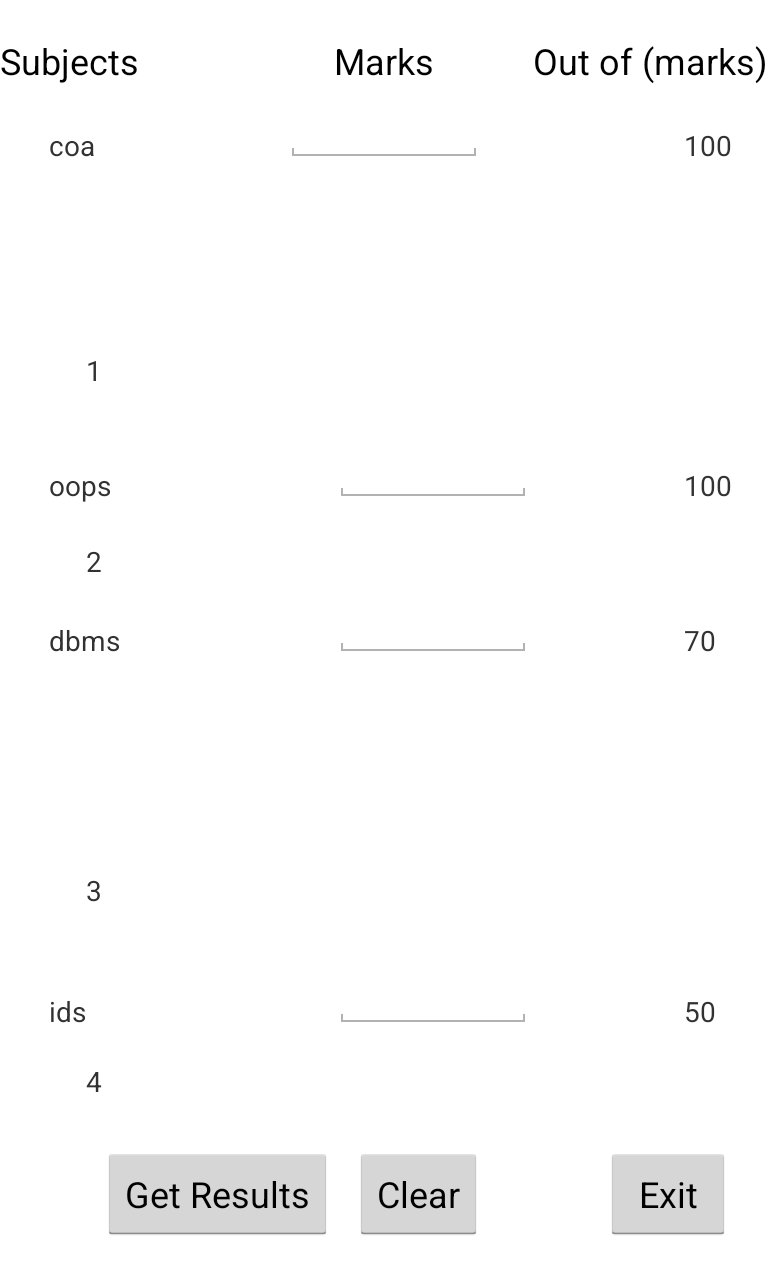
Repository: arjuntheprogrammer/iact
Layout: iact/iact android practice/mywork/ReportCard/res/layout/activity_second.xml
The author's editor kept a copy of each file at every save. The layout is drawn from the files as they stood at one save, then again after the next save.
It is drawn on a 768 x 1280 px phone screen (xhdpi) without system bars, with theme AppTheme; the app's code is not run.

Above is the layout before, as saved 2015-12-26 11:45:41.

### iact/iact android practice/mywork/ReportCard/res/layout/activity_second.xml
<?xml version="1.0" encoding="utf-8"?>
<RelativeLayout xmlns:android="http://schemas.android.com/apk/res/android"
    android:layout_width="match_parent"
    android:layout_height="match_parent" >

    <TextView
        android:id="@+id/textView8"
        android:layout_width="wrap_content"
        android:layout_height="wrap_content"
        android:layout_alignBottom="@+id/textView4"
        android:layout_alignParentRight="true"
        android:layout_marginRight="18dp"
        android:text="100"
        android:textAppearance="?android:attr/textAppearanceSmall" />

    <TextView
        android:id="@+id/textView9"
        android:layout_width="wrap_content"
        android:layout_height="wrap_content"
        android:layout_alignBottom="@+id/textView5"
        android:layout_alignLeft="@+id/textView8"
        android:text="100"
        android:textAppearance="?android:attr/textAppearanceSmall" />

    <TextView
        android:id="@+id/textView10"
        android:layout_width="wrap_content"
        android:layout_height="wrap_content"
        android:layout_alignBaseline="@+id/textView6"
        android:layout_alignBottom="@+id/textView6"
        android:layout_alignLeft="@+id/textView9"
        android:text="70"
        android:textAppearance="?android:attr/textAppearanceSmall" />

    <TextView
        android:id="@+id/textView11"
        android:layout_width="wrap_content"
        android:layout_height="wrap_content"
        android:layout_alignBaseline="@+id/textView7"
        android:layout_alignBottom="@+id/textView7"
        android:layout_alignLeft="@+id/textView10"
        android:text="50"
        android:textAppearance="?android:attr/textAppearanceSmall" />

    <TextView
        android:id="@+id/textView6"
        android:layout_width="wrap_content"
        android:layout_height="wrap_content"
        android:layout_alignLeft="@+id/textView4"
        android:layout_centerVertical="true"
        android:text="dbms"
        android:textAppearance="?android:attr/textAppearanceSmall" />


    <TextView
        android:id="@+id/textView4"
        android:layout_width="wrap_content"
        android:layout_height="wrap_content"
        android:layout_above="@+id/EditText02"
        android:layout_alignRight="@+id/textView1"
        android:layout_marginBottom="38dp"
        android:layout_marginRight="14dp"
        android:text="oops"
        android:textAppearance="?android:attr/textAppearanceSmall" />

  	<EditText
        android:id="@+id/EditText00"
        android:layout_width="100dp"
        android:layout_height="wrap_content"
        android:layout_below="@+id/textView2"
        android:layout_centerHorizontal="true"
        android:ems="10"
        android:inputType="phone" />


    <EditText
        android:id="@+id/EditText01"
        android:layout_width="100dp"
        android:layout_height="wrap_content"
        android:layout_alignBottom="@+id/textView4"
        android:layout_toLeftOf="@+id/textView3"
        android:ems="10"
        android:inputType="phone" />

    <EditText
        android:id="@+id/EditText02"
        android:layout_width="100dp"
        android:layout_height="wrap_content"
        android:layout_alignBottom="@+id/textView6"
        android:layout_toLeftOf="@+id/textView3"
        android:ems="10"
        android:inputType="phone" />

    <EditText
        android:id="@+id/EditText03"
        android:layout_width="100dp"
        android:layout_height="wrap_content"
        android:layout_alignBottom="@+id/textView7"
        android:layout_toLeftOf="@+id/textView3"
        android:ems="10"
        android:inputType="phone" />

    <TextView
        android:id="@+id/textView1"
        android:layout_width="wrap_content"
        android:layout_height="wrap_content"
        android:layout_alignBaseline="@+id/textView2"
        android:layout_alignBottom="@+id/textView2"
        android:layout_alignParentLeft="true"
        android:text="Subjects"
        android:textAppearance="?android:attr/textAppearanceMedium" />

    <TextView
        android:id="@+id/textView3"
        android:layout_width="wrap_content"
        android:layout_height="wrap_content"
        android:layout_alignParentRight="true"
        android:layout_alignParentTop="true"
        android:layout_marginTop="18dp"
        android:text="Out of (marks)"
        android:textAppearance="?android:attr/textAppearanceMedium" />

    <TextView
        android:id="@+id/textView5"
        android:layout_width="wrap_content"
        android:layout_height="wrap_content"
        android:layout_alignBottom="@+id/EditText00"
        android:layout_alignLeft="@+id/textView4"
        android:text="coa"
        android:textAppearance="?android:attr/textAppearanceSmall" />

    <TextView
        android:id="@+id/textView2"
        android:layout_width="wrap_content"
        android:layout_height="wrap_content"
        android:layout_alignBaseline="@+id/textView3"
        android:layout_alignBottom="@+id/textView3"
        android:layout_centerHorizontal="true"
        android:text="Marks"
        android:textAppearance="?android:attr/textAppearanceMedium" />

    <Button
        android:id="@+id/button3"
        android:layout_width="wrap_content"
        android:layout_height="wrap_content"
        android:layout_alignBaseline="@+id/button1"
        android:layout_alignBottom="@+id/button1"
        android:layout_alignRight="@+id/textView8"
        android:text="Exit" />

    <Button
        android:id="@+id/button1"
        android:layout_width="wrap_content"
        android:layout_height="wrap_content"
        android:layout_alignParentBottom="true"
        android:layout_marginBottom="19dp"
        android:layout_toLeftOf="@+id/textView2"
        android:text="Get Results" />

    <Button
        android:id="@+id/button2"
        android:layout_width="wrap_content"
        android:layout_height="wrap_content"
        android:layout_alignBaseline="@+id/button3"
        android:layout_alignBottom="@+id/button3"
        android:layout_alignRight="@+id/EditText00"
        android:text="Clear" />




        <TextView
        android:id="@+id/textView111"
        android:layout_width="wrap_content"
        android:layout_height="wrap_content"
        android:layout_above="@+id/EditText01"
        android:layout_marginBottom="18dp"
        android:layout_toRightOf="@+id/textView7"
        android:text="1" />

    <TextView
        android:id="@+id/textView222"
        android:layout_width="wrap_content"
        android:layout_height="wrap_content"
        android:layout_above="@+id/EditText02"
        android:layout_alignLeft="@+id/textView111"
        android:text="2" />

    <TextView
        android:id="@+id/textView444"
        android:layout_width="wrap_content"
        android:layout_height="wrap_content"
        android:layout_above="@+id/button1"
        android:layout_alignLeft="@+id/textView333"
        android:layout_marginBottom="23dp"
        android:text="4" />

    <TextView
        android:id="@+id/textView7"
        android:layout_width="wrap_content"
        android:layout_height="wrap_content"
        android:layout_above="@+id/textView444"
        android:layout_alignLeft="@+id/textView6"
        android:layout_marginBottom="16dp"
        android:text="ids"
        android:textAppearance="?android:attr/textAppearanceSmall" />

    <TextView
        android:id="@+id/textView333"
        android:layout_width="wrap_content"
        android:layout_height="wrap_content"
        android:layout_above="@+id/EditText03"
        android:layout_marginBottom="21dp"
        android:layout_toRightOf="@+id/textView7"
        android:text="3" />

</RelativeLayout>

Loaded but not shown: iact/iact android practice/mywork/ReportCard/res/values/styles.xml (common file); iact/iact android practice/mywork/ReportCard/res/values-v11/styles.xml (common file); iact/iact android practice/mywork/ReportCard/res/values-v14/styles.xml (common file)

After the next save:
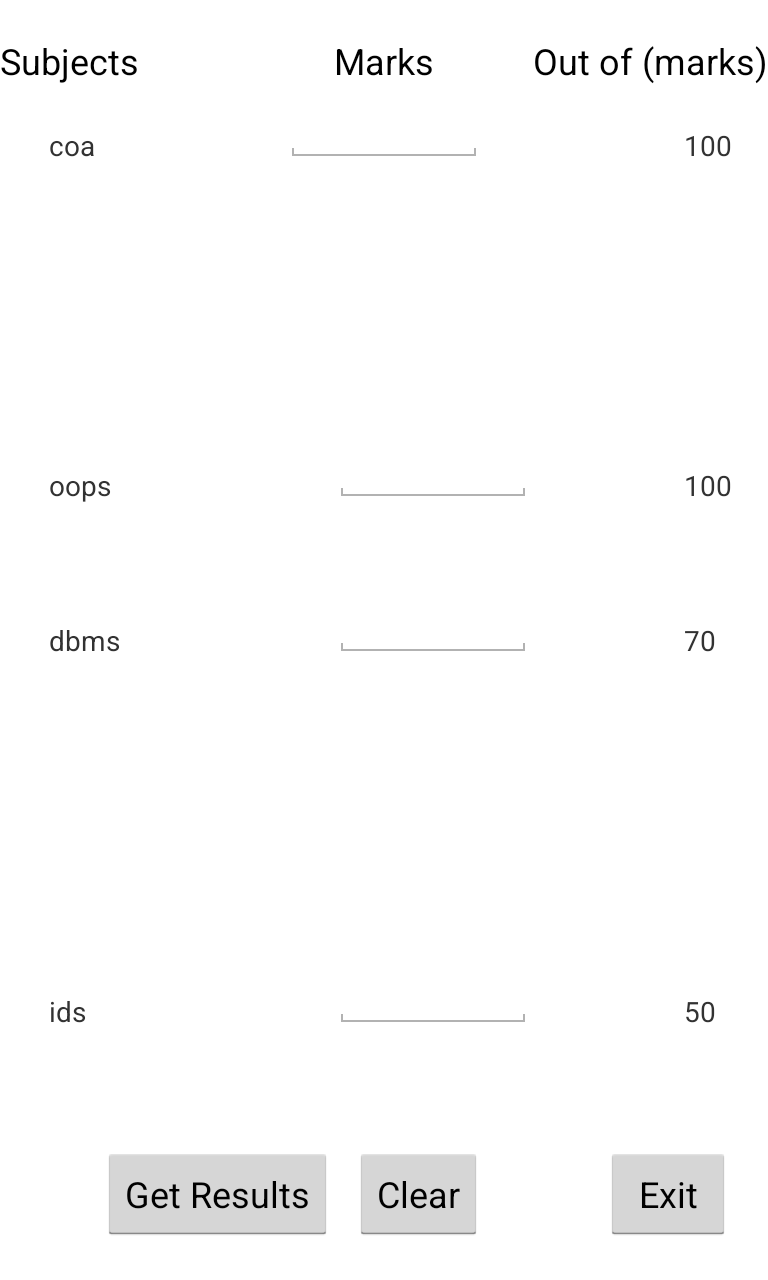
Saved 25 s later.
--- a/iact/iact android practice/mywork/ReportCard/res/layout/activity_second.xml
+++ b/iact/iact android practice/mywork/ReportCard/res/layout/activity_second.xml
@@ -176,7 +176,7 @@
         android:layout_above="@+id/EditText01"
         android:layout_marginBottom="18dp"
         android:layout_toRightOf="@+id/textView7"
-        android:text="1" />
+        android:text="" />
 
     <TextView
         android:id="@+id/textView222"
@@ -184,7 +184,7 @@
         android:layout_height="wrap_content"
         android:layout_above="@+id/EditText02"
         android:layout_alignLeft="@+id/textView111"
-        android:text="2" />
+        android:text="" />
 
     <TextView
         android:id="@+id/textView444"
@@ -193,7 +193,7 @@
         android:layout_above="@+id/button1"
         android:layout_alignLeft="@+id/textView333"
         android:layout_marginBottom="23dp"
-        android:text="4" />
+        android:text="" />
 
     <TextView
         android:id="@+id/textView7"
@@ -212,6 +212,6 @@
         android:layout_above="@+id/EditText03"
         android:layout_marginBottom="21dp"
         android:layout_toRightOf="@+id/textView7"
-        android:text="3" />
+        android:text="" />
 
 </RelativeLayout>
